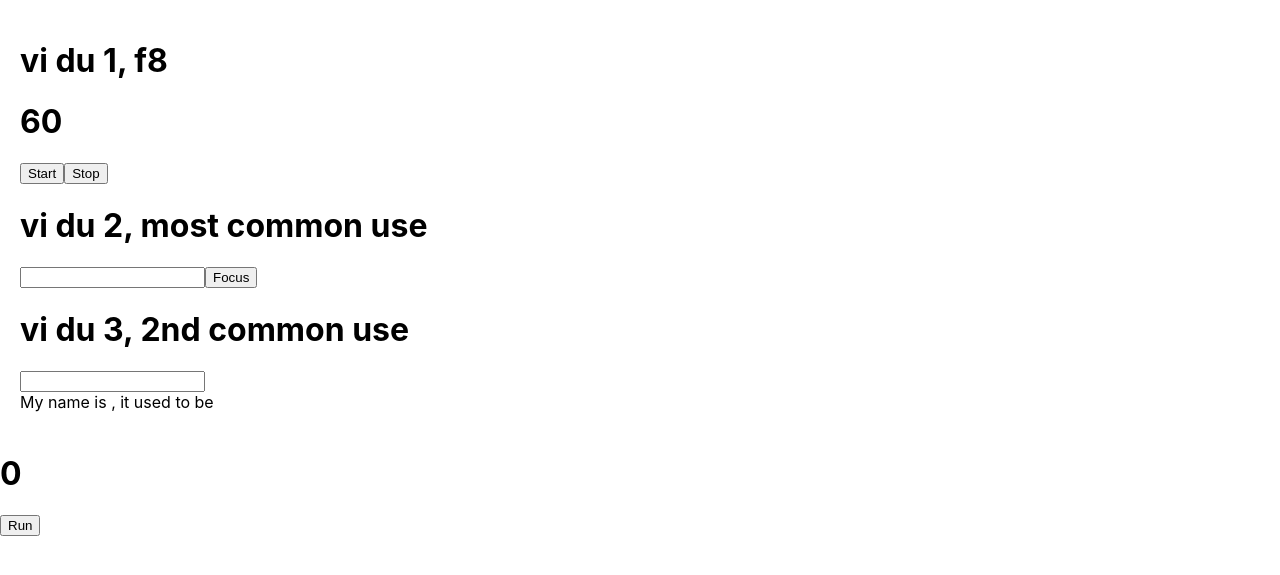
Repository: haidawngvn/hooks-bible
Page: /
An editor plug-in stored every save of this project. The page is shown before and after the next save, followed by the edit.
The browser window is 1280 px wide. The pictures show the whole page.
The project was rebuilt for these pictures with package versions that can differ from the ones it lists, and the page was loaded fresh each time.

Above is the page before, as saved 2022-07-29 11:30:43.

After the next save:
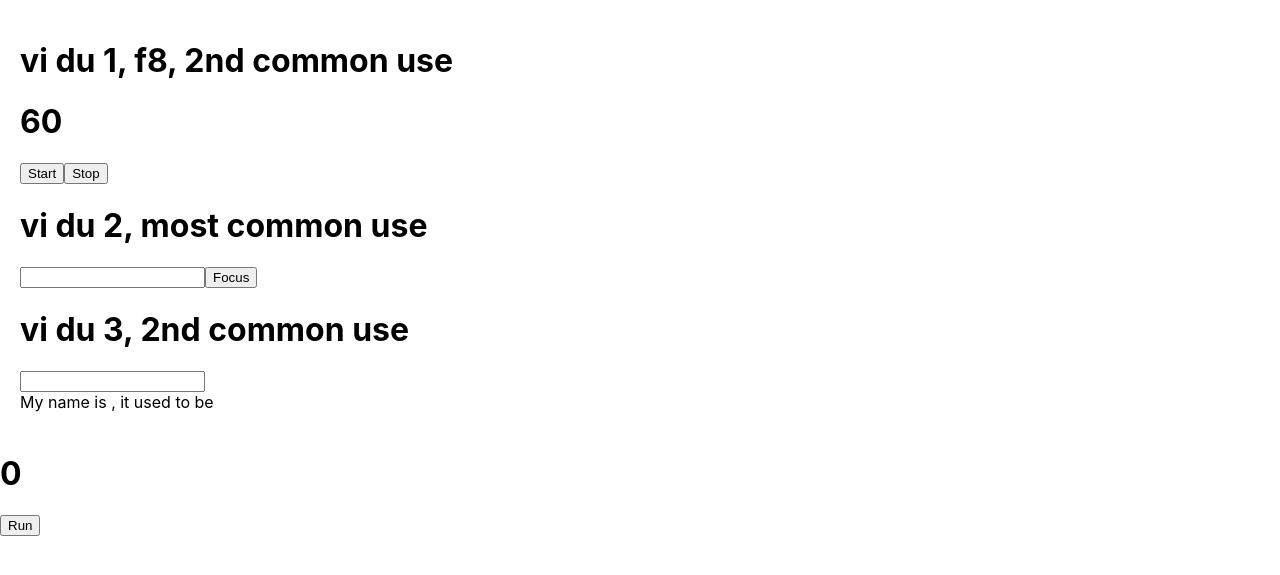
Saved 72 min 53 s later.
--- a/src/App.js
+++ b/src/App.js
@@ -52,7 +52,7 @@ function App(){
 
     return(
         <div style={{ padding : 20 }}>
-            <h1>vi du 1, f8</h1>
+            <h1>vi du 1, f8, 2nd common use</h1>
             <h1 ref={h1Ref}>{count}</h1>
             <button onClick={handleStart}>Start</button>
             <button onClick={handleStop}>Stop</button>
